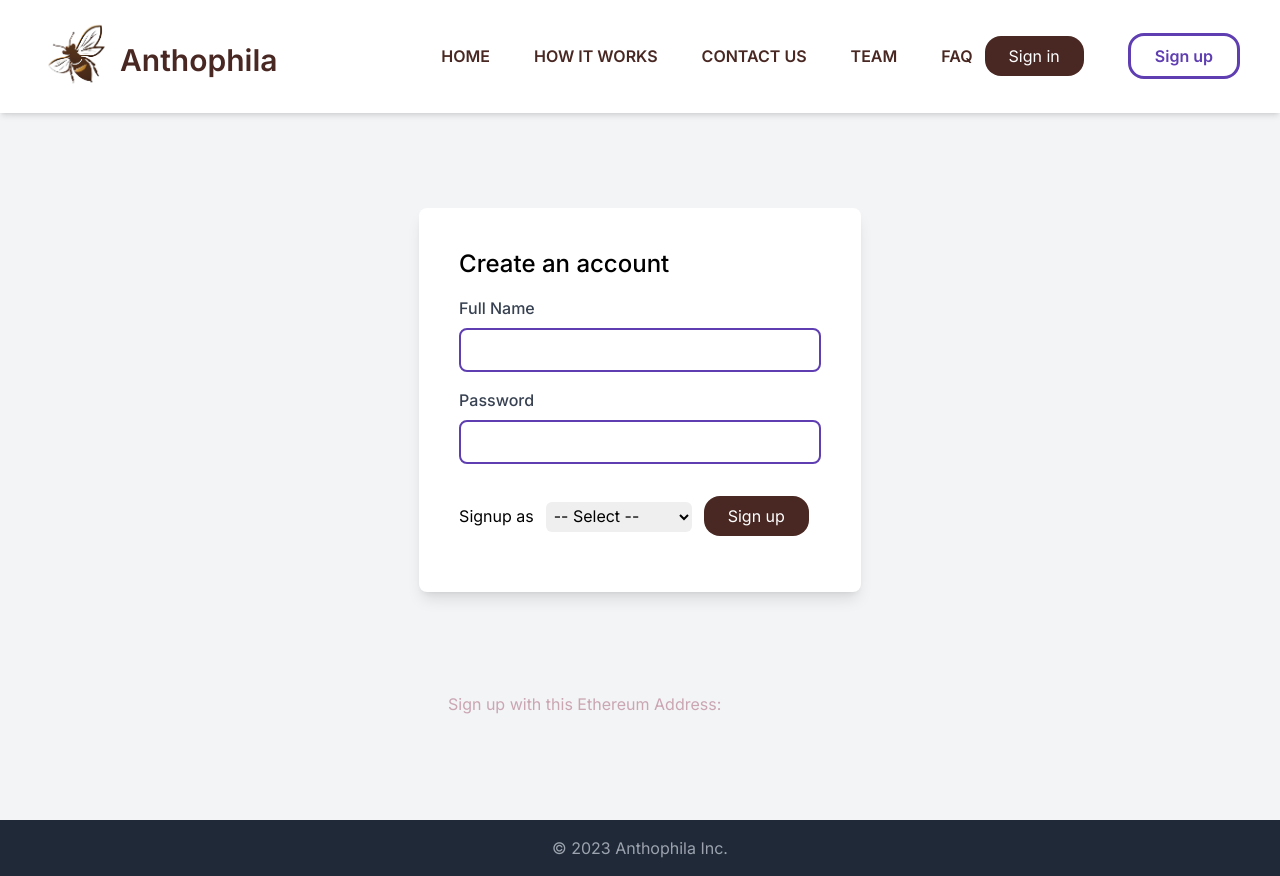
Repository: marcusdashe/anthophila
Page: /signup
These files come from the project's save history. The page is drawn as it stood at one moment and after the next save; the edit follows.
The browser window is 1280 px wide. The pictures show the whole page.
The project was rebuilt for these pictures with package versions that can differ from the ones it lists, and the page was loaded fresh each time. The framework's server and built-in components were replaced by stand-ins that run in the browser. Also part of the build but not shown: next.config.js.

Above is the page before, as saved 2023-03-14 13:59:33.

After the next save:
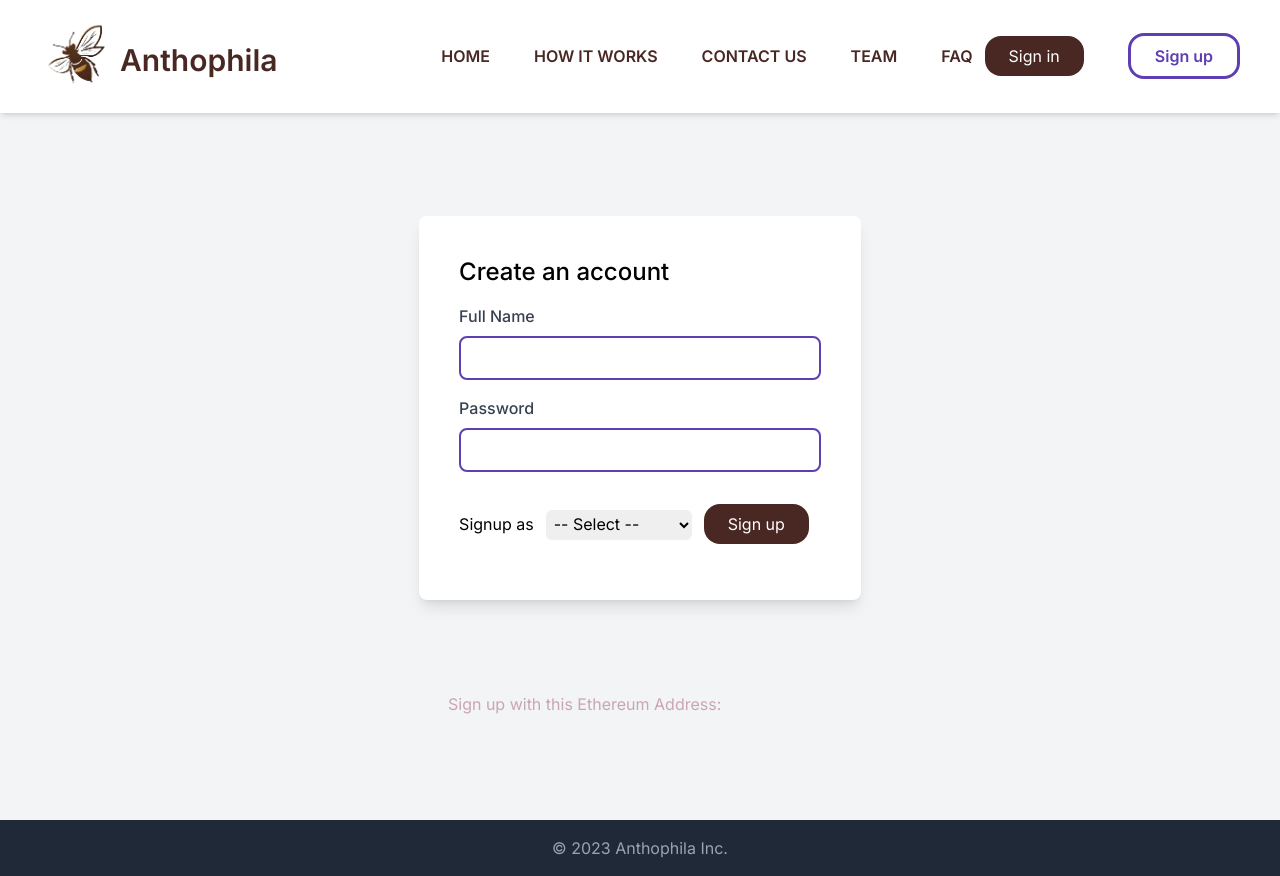
Saved 12 s later.
--- a/pages/signup.js
+++ b/pages/signup.js
@@ -123,7 +123,7 @@ const Signup = () => {
           </form>
         </div>
         <p className="text-[#FBE7EE] w-[30%] my-10">{error}</p>
-        <p className="text-[#caa5b2] w-[30%] my-5">
+        <p className="text-[#caa5b2] w-[30%] my-3">
           Sign up with this Ethereum Address: {ethaddress}
         </p>
       </div>
